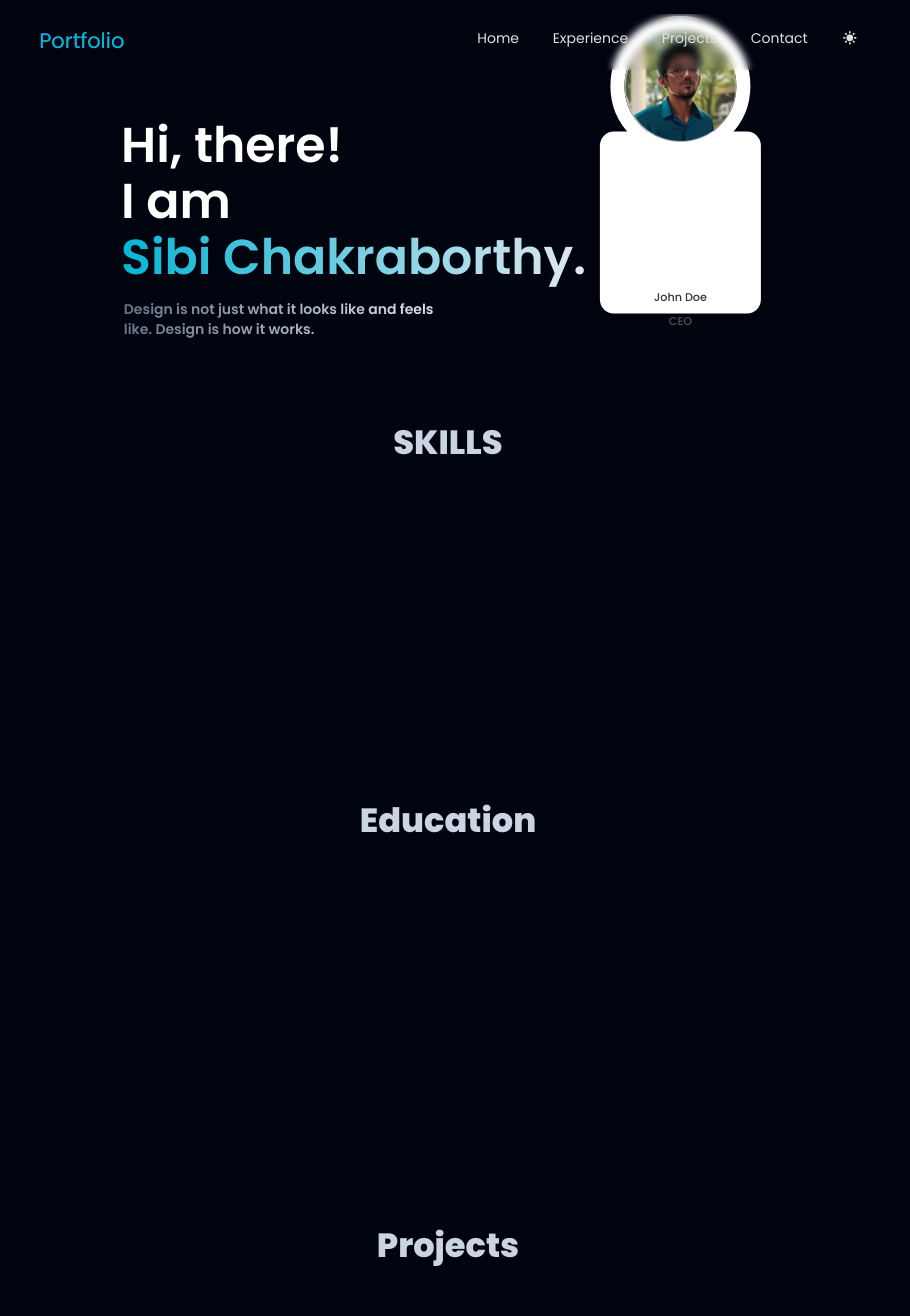
Repository: sibi24sibi/MyPersonalPortfolio
Page: /
An editor plug-in stored every save of this project. The page is shown before and after the next save, followed by the edit.
The browser window is 1280 px wide. The page is 1300 px wide, so the pictures cover 1300 px, including what lies to the right of the window. The pictures show the part of the page from y = 0 to 1880 px (the page is 3414 px tall), at 70% of full size.
The pointer rests on the first visible `.team-member`.
The project was rebuilt for these pictures with package versions that can differ from the ones it lists, and the page was loaded fresh each time. Also part of the build but not shown: vite.config.js, src/components/Menu.jsx, src/components/Footer.jsx.

Above is the page before, as saved 2024-05-03 17:51:24.

After the next save:
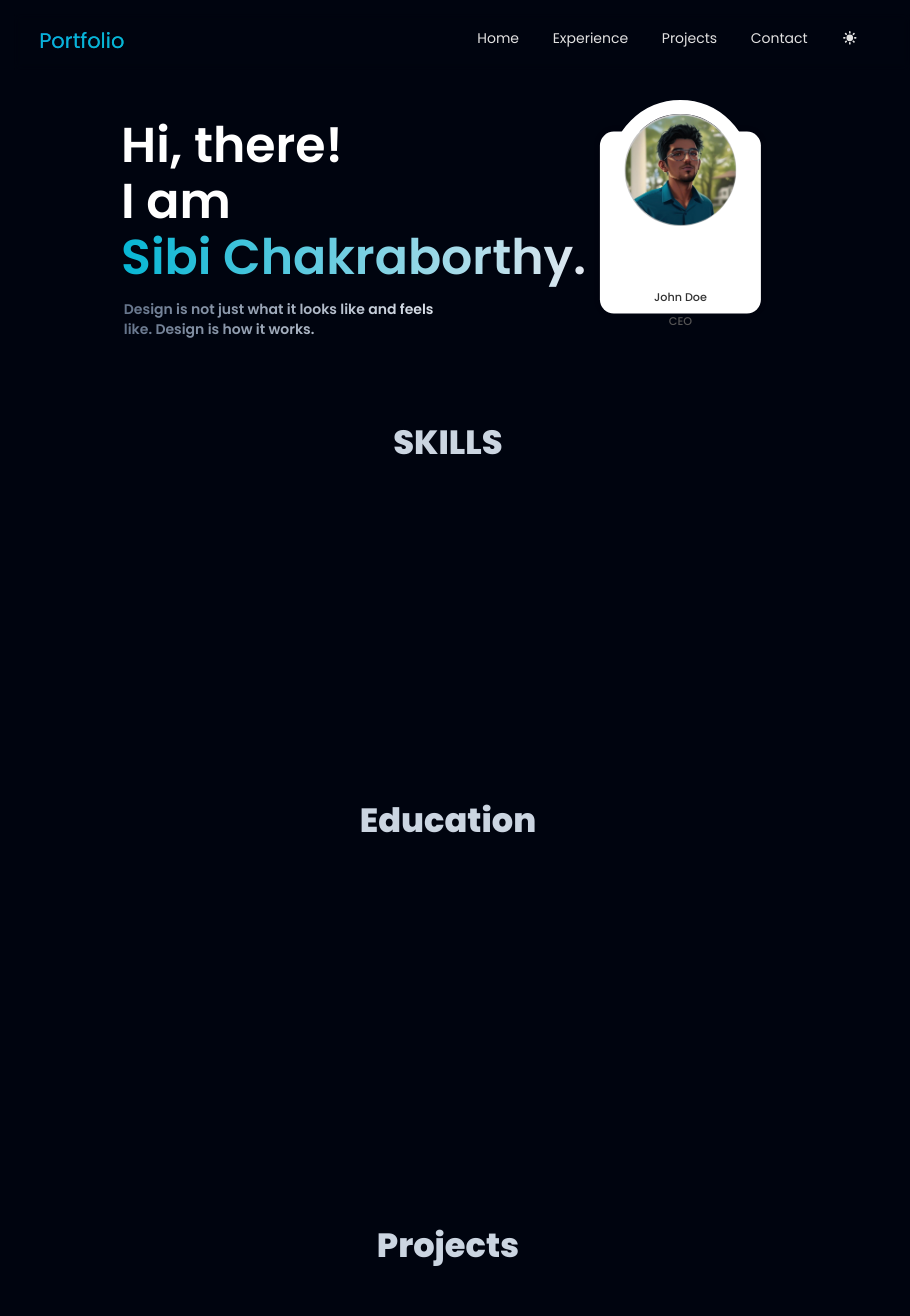
Saved 10 s later.
--- a/src/components/about-style.css
+++ b/src/components/about-style.css
@@ -7,7 +7,7 @@
     transition: transform 0.3s ease-in-out;
 }
 .team-member:hover img{
-    transform:translateY(-180px);
+    transform:translateY(-60px);
 }
 
 .team-member:hover {
